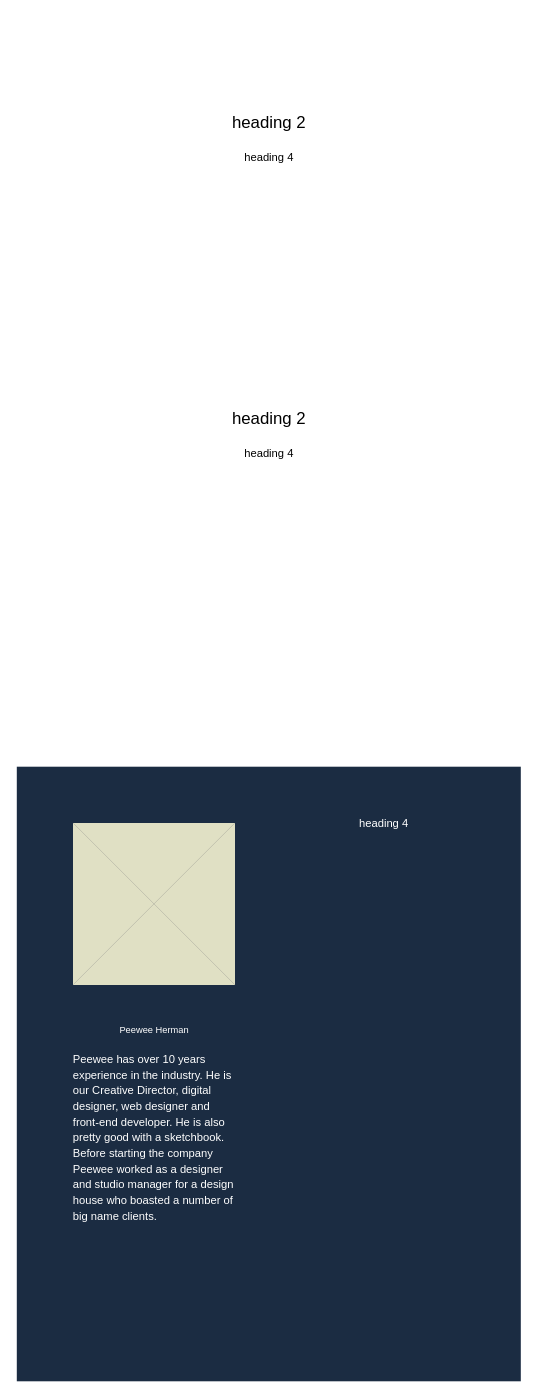
Repository: MonicaNguyenH/LAB-02A-Project1
Page: index.html
The author's editor kept a copy of each file at every save. The page is drawn from the files as they stood at one save, then again after the next save.
The browser window is 768 px wide. The pictures show the part of the page from y = 1185 to 3425 px (the page is 3183 px tall before and 3425 px after), at 70% of full size.

Above is the page before, as saved 2024-02-06 18:43:11.

### index.html
<!doctype html>
<html class="no-js" lang="EN">

    <head>
        <meta charset="utf-8">
        <meta name="viewport" content="width=device-width, initial-scale=1">
        <title>Jumi - Tina - Monica  LAB-02A</title>
        <link rel="stylesheet" href="css/style.css">
        <meta name="description" content="">

        <meta property="og:title" content="">
        <meta property="og:type" content="">
        <meta property="og:url" content="">
        <meta property="og:image" content="">

        <link rel="icon" href="/favicon.ico" sizes="any">
        <link rel="icon" href="/icon.svg" type="image/svg+xml">
        <link rel="apple-touch-icon" href="icon.png">

        <link rel="manifest" href="site.webmanifest">
        <meta name="theme-color" content="#fafafa">
    </head>
    <body>
            <div className="row">
                <header class="headerContainer">
                    <div class="navigationBar">
                        <div class="logo"></div>
                        <div class="menuContainer">
                            <div class="menuComponent"></div>
                            <div class="menuComponent"></div>
                            <div class="menuComponent"></div>
                            <div class="menuComponent"></div>
                            <div class="menuComponent"></div>
                    </div>
                    <div class="carouselContainer"></div>
            </header>
            <main class="mainContainer">
                <div class="headingContainer">
                    <h1 class="headingOne">heading 1</h1>
                </div>
                <!--can be called serviceContainer-->
                <div class="infoContainer">
                    <div class="infoTitle">
                        <h2 class="headingTwo">heading 2</h2> <!--section intro heading-->
                        <h4 class="headingFour">heading 4</h4> <!--section intro subheading-->
                    </div>
                    <!--can be called sectionItem-->
                    <div class="infoBox"></div>
                    <div class="infoBox"></div>
                    <div class="infoBox"></div>
                    <div class="infoBox"></div>
                </div>
                <div class="imageContainer">
                    <div class="imageTitle">
                        <h2 class="headingTwo">heading 2</h2>
                        <h4 class="headingFour">heading 4</h4>
                    </div>
                    <div class="imageBox"></div>
                    <div class="imageBox"></div>
                    <div class="imageBox"></div>
                </div>
                <div class="projectContainer">
                    <div class="projectTitle">
                        <h2 class="headingTwo">heading 2</h2>
                        <h4 class="headingFour">heading 4</h4>
                    </div>
                    <div class="projectBox"></div>
                    <div class="projectBox"></div>
                    <div class="projectBox"></div>
                    <div class="projectBox"></div>
                    <div class="projectBox"></div>
                </div>
                <div class="accordionContainer">
                    <div class="accordionTitle">
                        <h2 class="headingTwo">heading 2</h2>
                        <h4 class="headingFour">heading 4</h4>
                    </div>
                    <div class="accordionMenu"></div>
                    <div class="accordionTab"></div>
                </div>
                <div class="sponsorshipContainer ">
                    <div class="sponsor"></div>
                    <div class="sponsor"></div>
                    <div class="sponsor"></div>
                    <div class="sponsor"></div>
                    <div class="sponsor"></div>
                </div>
            </main>
            <footer class="footerContainer">
                <div class="row s-col-1 m-col-2 l-col-4">
                    <div class="col m-row-span">
                        <div class="grid s-col-2 m-col-2-1 l-col-2-1">
                            <div class="col">
                                <img src="img/placeholder.svg" alt="placeholder image"/>
                            </div>
                            <div class="col">
                                <h5 class="headingFive">Peewee Herman</h5>
                                <p>Peewee has over 10 years experience in the industry. He is our Creative Director, digital designer, web designer and front-end developer. He is also pretty good with a sketchbook. Before starting the company Peewee worked as a designer and studio manager for a design house who boasted a number of big name clients.</p>
                            </div>
                        </div>
                    </div>
                    <div class="footerBox">
                        <h4 class="headingFour">heading 4</h4>
                    </div>
                    <div class="footerBox"></div>
                    <div class="footerBox"></div>
                    <div class="footerBox"></div>
                </div>
            </footer>
        </div>
    </body>


</html>

<!--
    - BEM
    - use instead of articleContainer - article
    - aricleItem
    - carouselSlide
    - never number stuff
    - naming convention is to reuse them as much as possible
    - dry - dont repeat yourself
    - avoid using straight width - height

-->

### css/style.css
:root {
    font-size: 1em;
    line-height: 1.4;
    color: var(--black);
    font-family: Helvetica, sans-serif;

    --dark-blue: #1B2C42;
    --white: #fff;
    --black: black;
    --blue: #56CBF9;
    --green: #ACECA1;
    --yellow: #F5D491;
    --pink: #F17EA6;
 }

audio,
canvas,
iframe,
img,
svg,
video {
    vertical-align: middle;
}

fieldset {
    border: 0;
    margin: 0;
    padding: 0;
}

textarea {
    resize: vertical;
}

img {
    width: 100%;
}

h1,
h2,
h3,
h4,
h5,
h6 {
    font-family: Arial, Helvetica, sans-serif;
    font-weight: 300;
    text-align: center;
}

p {
    font-family: Arial, Helvetica, sans-serif;
}

div,
main,
section,
footer,
header {
    min-height: 1rem;
    padding: 1rem;
}

/**core layout**/
.row {
    display: grid;
    row-gap: 1rem;
    margin: auto;
}

.col {
    position: relative;
}

/********************STYLING********************/
.footerContainer {
    background-color: var(--dark-blue);
    color: var(--white);
}

.row-span {
    grid-column-start: 1;
    grid-column-end: -1;
}

.row-span .grid {
    display: grid;
    grid-template-columns: 1fr; /* Make it a single column to span */
    column-gap: 1.5rem; /* Adjust the gap as needed */
}


/* Small only */
@media screen and (max-width: 39.9375em) {
    .row {
        max-width: 50rem;
        column-gap: 1.5rem;
        row-gap: 1.5rem;
        margin: 0 auto;
    }

    .grid {
        display: grid;
        column-gap: 0.5rem;
        row-gap: 0.5rem;
    }

    .s-col-1 {
        grid-template-columns: 1fr;
    }

    .s-col-2 {
        grid-template-columns: 1fr 1fr;
    }

    .col-2 {
        grid-template-columns: 1fr 1fr;
    }
}
/* Medium and up */
@media screen and (min-width: 40em) {
    .m-col-2 {
        grid-template-columns: 1fr 1fr;
    }

    .m-col-2-1 .row-span .grid {
        grid-template-columns: 0.5fr 1fr;
    }
}
/* Medium only */
@media screen and (min-width: 40em) and
(max-width: 63.9375em) {}
/* Large and up */
@media screen and (min-width: 64em) {
    .l-col-4 {
        grid-template-columns: repeat(4, 1fr);
    }

    .l-col-2-1 {
        grid-template-columns: 0.5fr 1fr;
    }
}
/* Large only */
@media screen and (min-width: 64em) and
(max-width: 74.9375em) {}

After the next save:
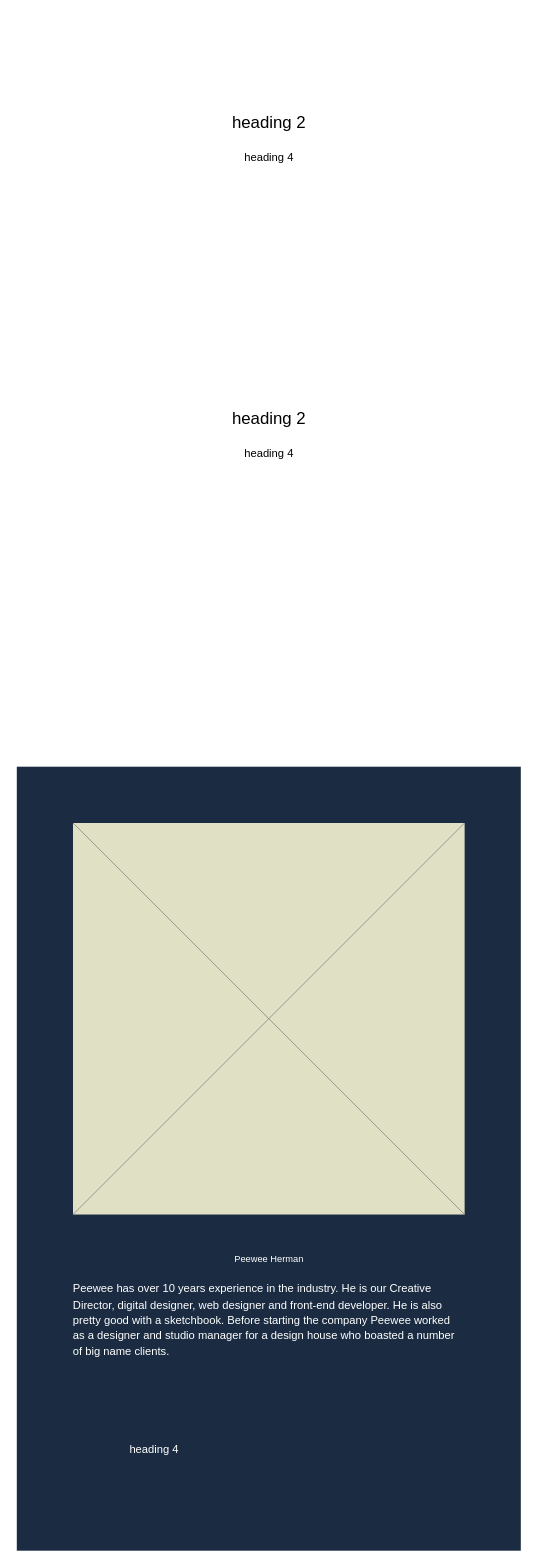
Saved 42 s later.
--- a/css/style.css
+++ b/css/style.css
@@ -128,7 +128,12 @@
 }
 /* Medium only */
 @media screen and (min-width: 40em) and
-(max-width: 63.9375em) {}
+(max-width: 63.9375em) {
+    .m-row-span {
+        grid-column-start: 1;
+        grid-column-end: -1;
+    }
+}
 /* Large and up */
 @media screen and (min-width: 64em) {
     .l-col-4 {
